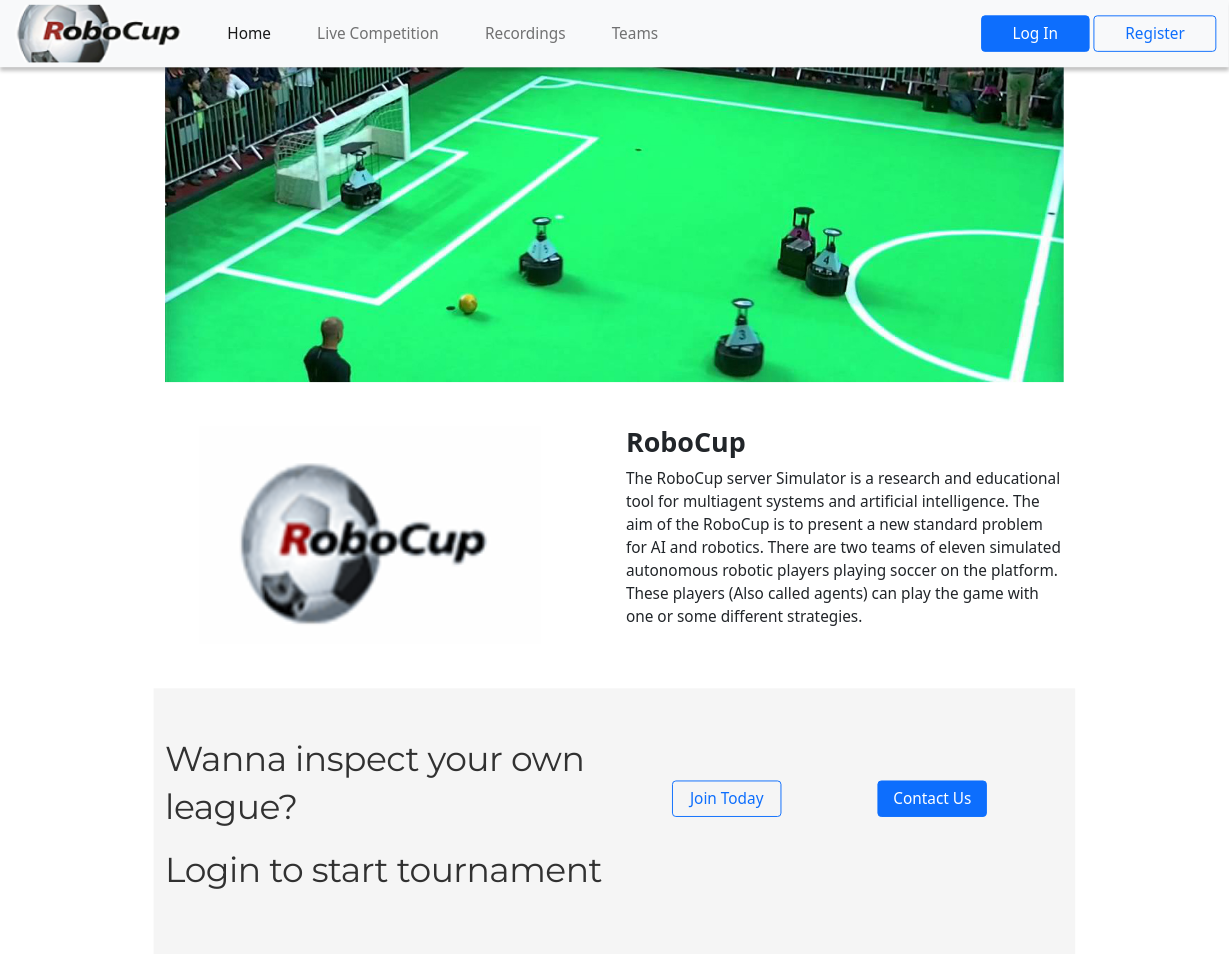
Repository: romeoonlinesim/romeoonlinesim.github.io
Page: index.html
An editor plug-in stored every save of this project. The page is shown before and after the next save, followed by the edit.
The browser window is 1280 px wide. The pictures show the whole page, at 96% of full size.

Above is the page before, as saved 2021-05-18 14:19:00.

After the next save:
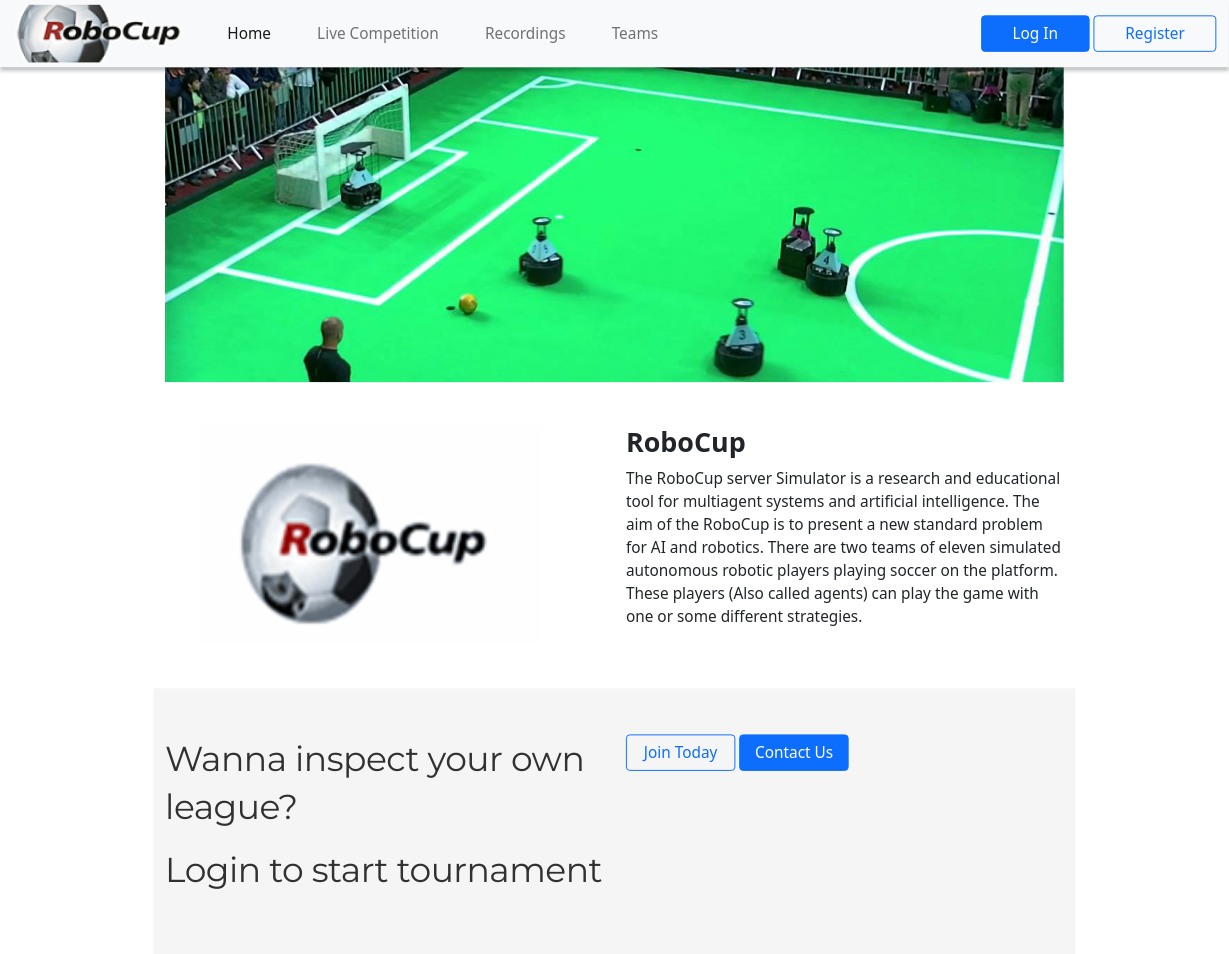
Saved 83 s later.
--- a/index.html
+++ b/index.html
@@ -134,9 +134,9 @@
                 <!--a href="#Contact" class="btn btn-outline-primary" role="button">Contact Us</a>
                 <a href="#Join" class="btn btn-primary" role="button">Join Today</a-->
             <div class="col-lg-6">
-                <button type="button" class="btn btn-outline-primary col-lg-3 m-5 m-4">Join Today</button>
+                <button type="button" class="btn btn-outline-primary col-lg-3 m-6">Join Today</button>
 
-                <button type="button" class="btn btn-primary col-lg-3 m-5">Contact Us</button>
+                <button type="button" class="btn btn-primary col-lg-3 m-6">Contact Us</button>
             </div>
 
 
